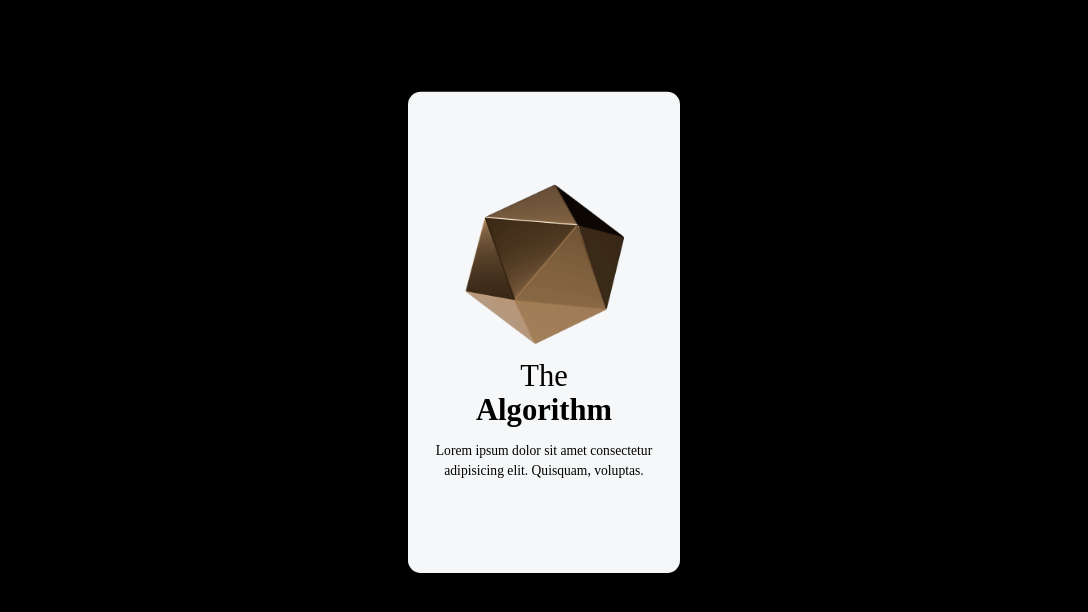
Repository: Himani0002/Scroll-Trigger
Page: index.html
These files come from the project's save history. The page is drawn as it stood at one moment and after the next save; the edit follows.
The browser window is 1280 px wide. The pictures show the whole page, at 85% of full size.
Some web fonts or font styles are not loaded; a fallback is used. Some web libraries are served in a nearby version.

Above is the page before, as saved 2024-11-15 21:38:35.

### index.html
<!DOCTYPE html>
<html lang="en">

<head>
  <meta charset="UTF-8">
  <meta name="viewport" content="width=device-width, initial-scale=1.0">
  <script src="https://cdn.tailwindcss.com"></script>
  <title>Document</title>
  <style>
    @import url('https://fonts.googleapis.com/css2?family=Edu+AU+VIC+WA+NT+Pre:wght@400..700&family=Lato:ital,wght@0,100;0,300;0,400;0,700;0,900;1,100;1,300;1,400;1,700;1,900&family=Montserrat:ital,wght@0,100..900;1,100..900&family=Roboto+Slab:wght@100..900&display=swap');

    * {
      padding: 0;
      font-family: "Edu AU VIC WA NT Pre", cursive;
      margin: 0;
      box-sizing: border-box;
    }

    html,
    body {
      height: 100%;
      width: 100%;
      background-color: black;
    }
  </style>
</head>
<main class="w-full  text-center flex flex-col gap-4 items-center pt-[15vh]">
  <div class="card flex flex-col w-[25svw] rounded-[15px] py-[15vh] px-[20px] gap-4 items-center bg-[#F5F7F8]">
    <img src="./image/1.png" class="w-[190px] aspect-square" alt="">
    <h1 class="text-4xl font-thin">
      The<br>
      <span class="font-bold">Algorithm</span>
    </h1>
    <p>
      Lorem ipsum dolor sit amet consectetur adipisicing elit. Quisquam, voluptas.
    </p>
  </div>

</main>

<body>

</body>

</html>

After the next save:
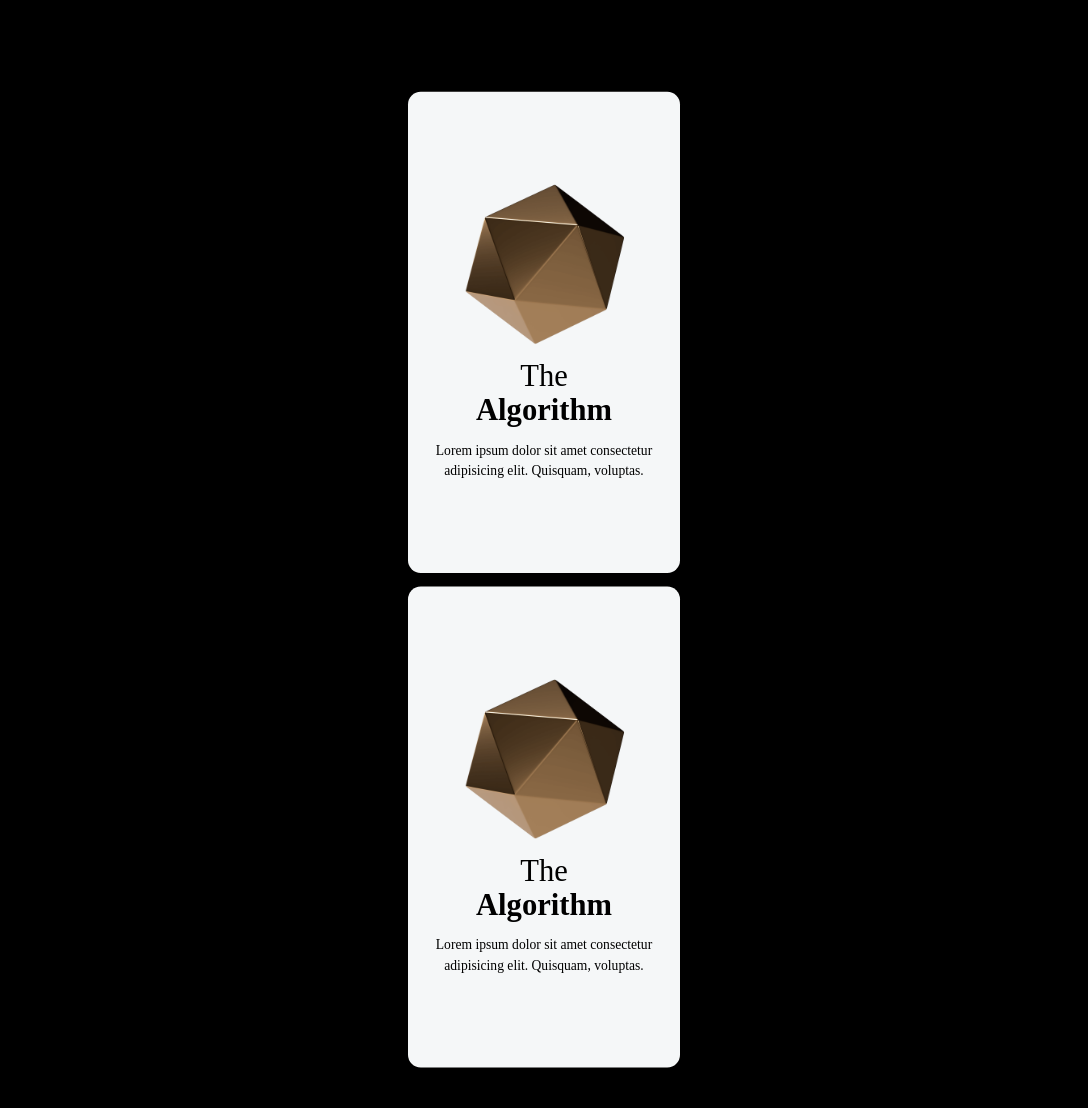
Saved 34 s later.
--- a/index.html
+++ b/index.html
@@ -35,6 +35,16 @@
       Lorem ipsum dolor sit amet consectetur adipisicing elit. Quisquam, voluptas.
     </p>
   </div>
+  <div class="card flex flex-col w-[25svw] rounded-[15px] py-[15vh] px-[20px] gap-4 items-center bg-[#F5F7F8]">
+    <img src="./image/1.png" class="w-[190px] aspect-square" alt="">
+    <h1 class="text-4xl font-thin">
+      The<br>
+      <span class="font-bold">Algorithm</span>
+    </h1>
+    <p>
+      Lorem ipsum dolor sit amet consectetur adipisicing elit. Quisquam, voluptas.
+    </p>
+  </div>
 
 </main>
 
